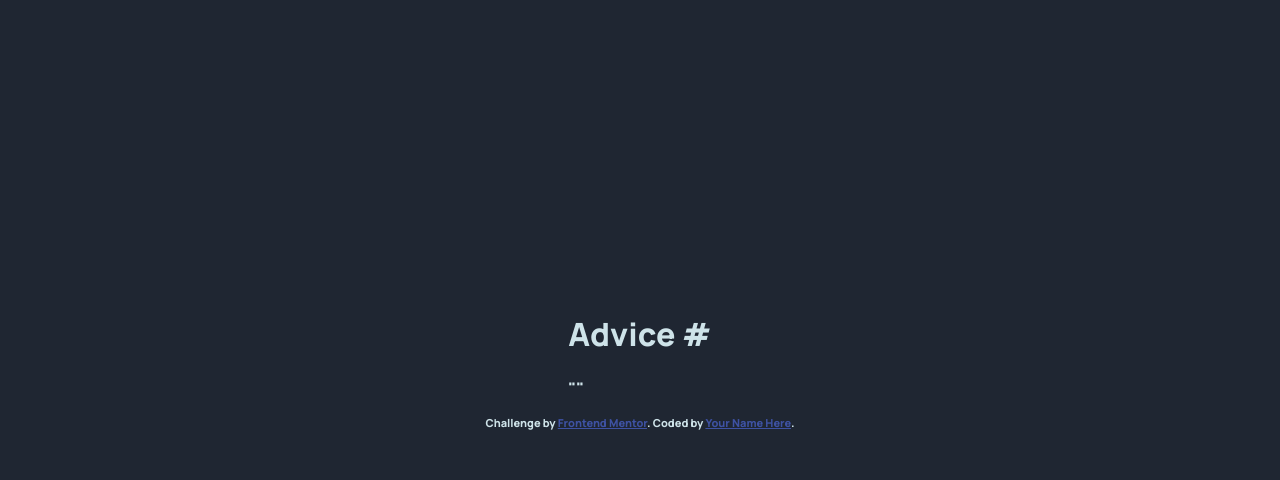
Repository: blordeus/advice-generator-app-main
Page: index.html
An editor plug-in stored every save of this project. The page is shown before and after a run of saves, followed by the edit.
The browser window is 1280 px wide. The pictures show the whole page.

Above is the page before, as saved 2023-08-22 22:07:12.

After the next 4 saves:
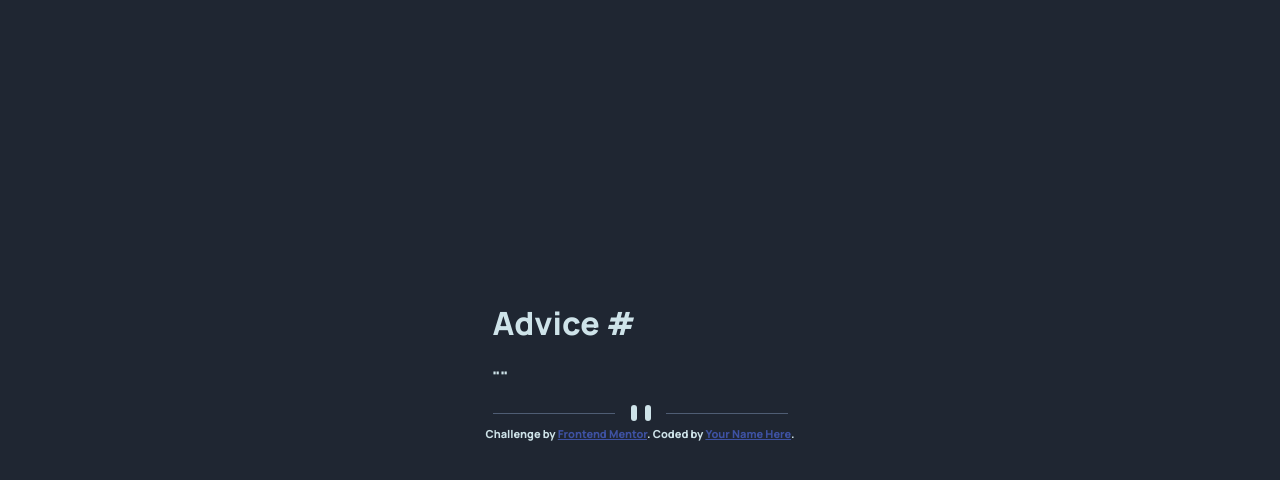
The 4 saves are shown as one change because they came seconds apart.
The last was saved 13 s later.
--- a/index.html
+++ b/index.html
@@ -22,7 +22,9 @@
     <p>"<!-- Advice text goes here -->"</p>
 
 <picture>
-
+  <source srcset="images/pattern-divider-desktop.svg" media="(min-width: 1440px)">
+  <source srcset="images/pattern-divider-mobile.svg" media="(min-width: 375px)">
+  <img class = "adviceImage" alt="" />
 </picture>
 
   </main>
